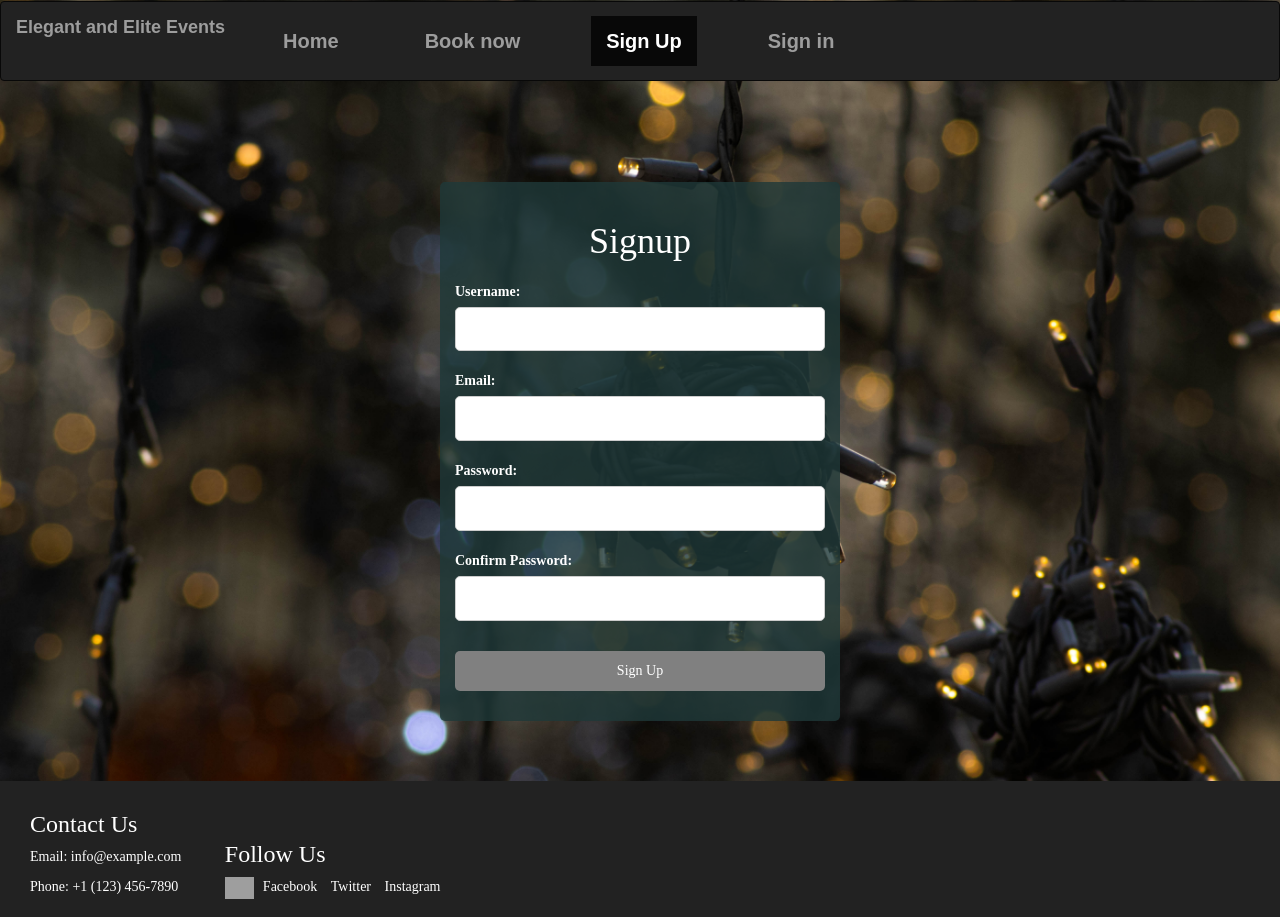
Repository: it22272690/Event-Planning-System
Page: http://localhost/PaymentDemo/Signup.jsp
The author's editor kept a copy of each file at every save. The page is drawn from the files as they stood at one save, then again after the next save.
The browser window is 1280 px wide. The pictures show the whole page.
Pictures or frames that could not be fetched are drawn as grey boxes. The page is served by Tomcat 10.

Above is the page before, as saved 2023-10-24 06:17:52.

After the next save:
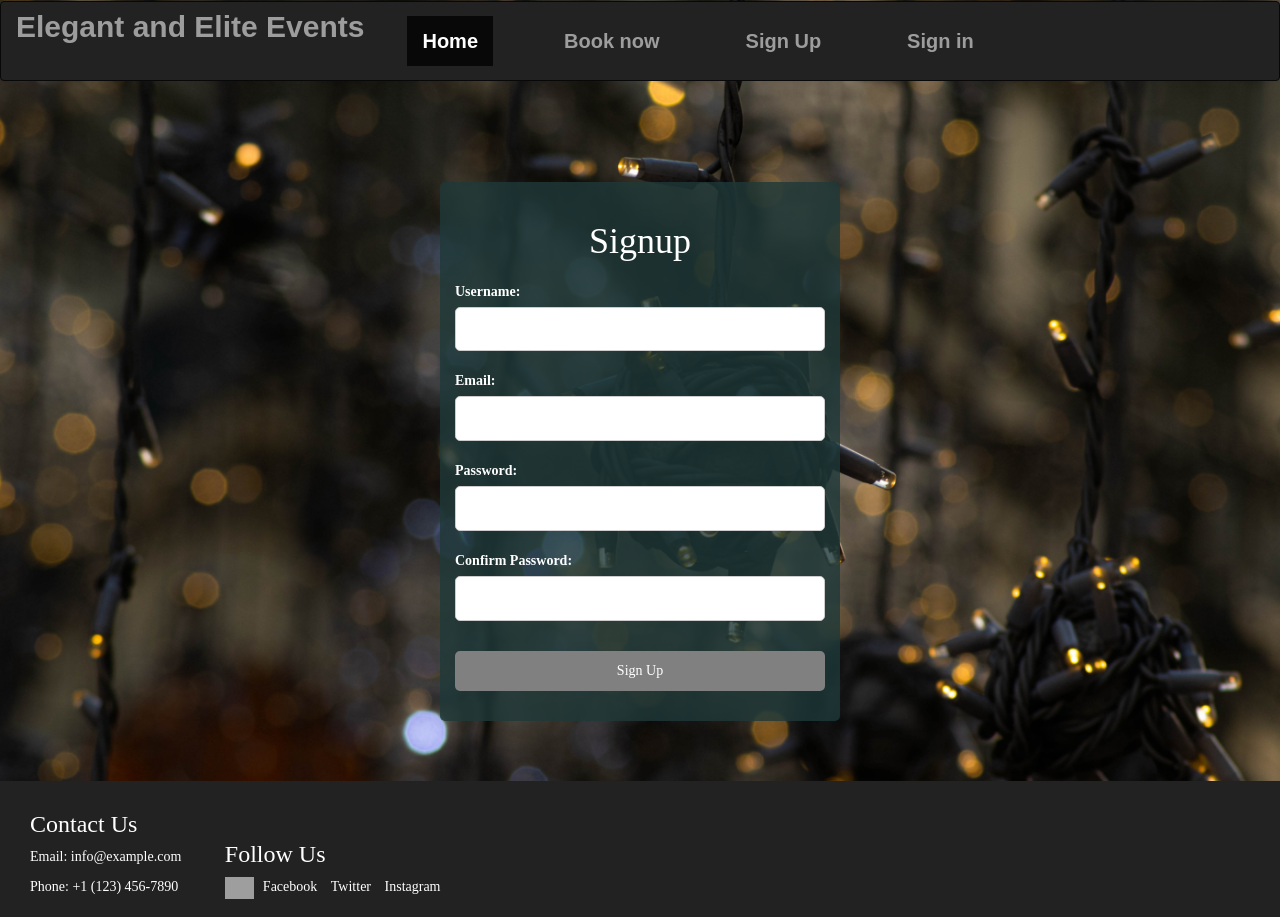
Saved 29 s later.
--- a/PaymentDemo/src/main/webapp/Signup.jsp
+++ b/PaymentDemo/src/main/webapp/Signup.jsp
@@ -11,37 +11,7 @@
     <title>Event Planning System Signup</title>
     <link rel="stylesheet" href="css\signup.css">
     <link rel="stylesheet" href="css\home.css">
-     <title>Bootstrap Example</title>
-    <meta charset="utf-8">
-    <meta name="viewport" content="width=device-width, initial-scale=1">
-    <link rel="stylesheet" href="https://maxcdn.bootstrapcdn.com/bootstrap/3.4.1/css/bootstrap.min.css">
-    <script src="https://ajax.googleapis.com/ajax/libs/jquery/3.6.4/jquery.min.js"></script>
-    <script src="https://maxcdn.bootstrapcdn.com/bootstrap/3.4.1/js/bootstrap.min.js"></script>
-</head>
-<body>
-    <header>
-
-        <nav class="navbar navbar-inverse">
-
-            <div class="container-fluid">
-                <div class="navbar-header">
-
-                    <a class="navbar-brand" href="#"><b>Elegant and Elite Events</b></a>
-
-                </div>
-                <ul class="nav navbar-nav">
-
-                    <li ><a href="Home.jsp">Home</a></li>
-                    <li><a href="Navigate.jsp">Book now</a></li>
-                    <li class="active"><a href="Signup.jsp">Sign Up</a></li>
-                    <li><a href="Signin.jsp">Sign in</a></li>
-
-
-                </ul>
-            </div>
-        </nav>
-
-    </header>
+     <%@include file="Header.jsp" %>
 </head>
 <body>
 <style>
